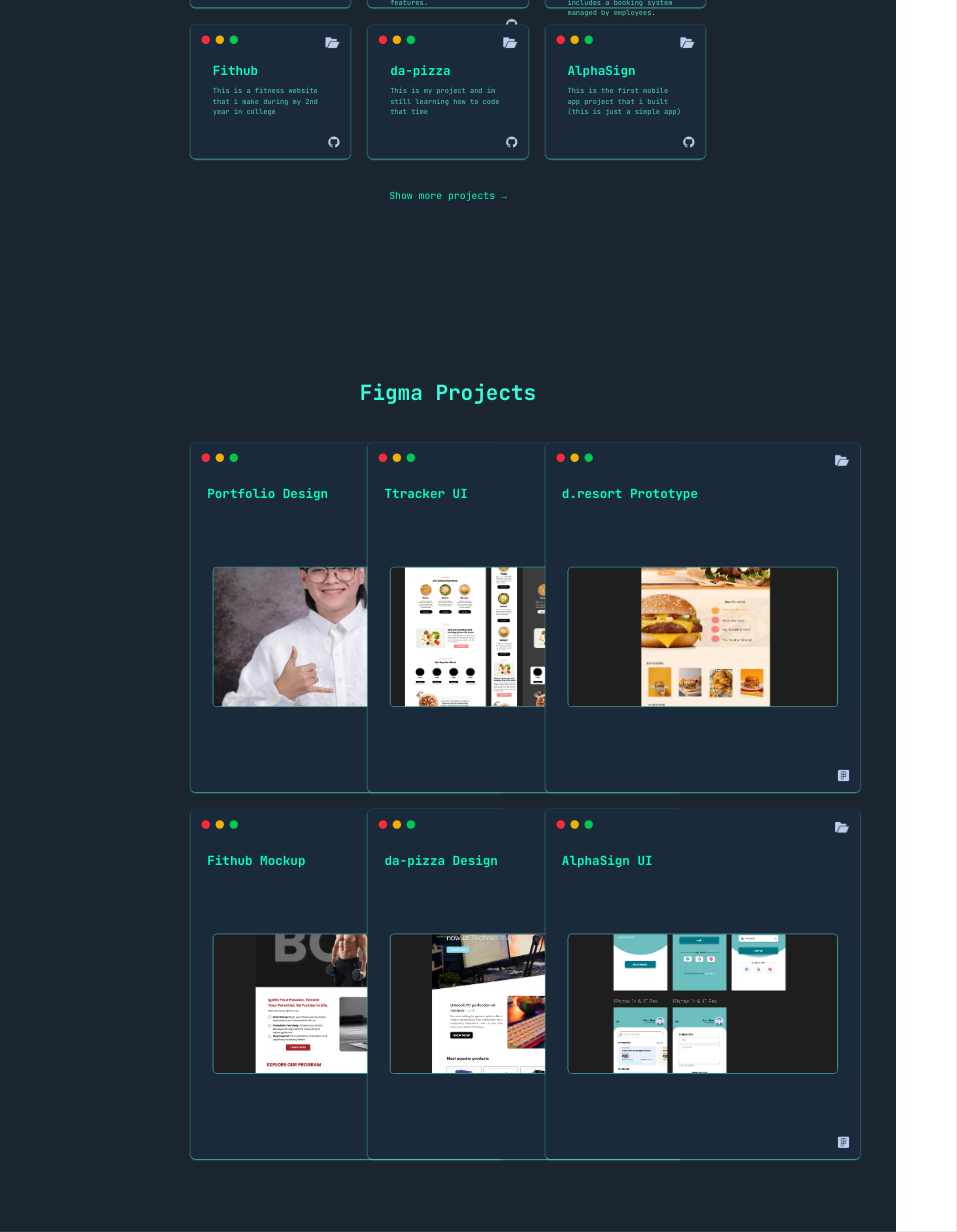
Repository: m4rsu-code/Portfolio
Page: / (app in my-portfolio/)
The author's editor kept a copy of each file at every save. The page is drawn from the files as they stood at one save, then again after the next save.
The browser window is 1280 px wide. The page is 1367 px wide, so the pictures cover 1367 px, including what lies to the right of the window. The pictures show the part of the page from y = 3157 to 4917 px (the page is 4917 px tall), at 70% of full size.
The project was rebuilt for these pictures with package versions that can differ from the ones it lists, and the page was loaded fresh each time. Also part of the build but not shown: my-portfolio/vite.config.js, my-portfolio/src/assets/components/Modal/AchievementModal.jsx, my-portfolio/src/AchievementsPage.jsx, my-portfolio/src/ProjectPage.jsx.

Above is the page before, as saved 2025-08-04 16:46:39.

### my-portfolio/src/main.jsx
import { StrictMode } from "react";
import { createRoot } from "react-dom/client";
import { BrowserRouter as Router, Routes, Route } from "react-router-dom";
import "./assets/CSS/index.css";
import App from "./App.jsx";
import AchievementsPage from "./AchievementsPage.jsx";
import ProjectPage from "./ProjectPage.jsx";

createRoot(document.getElementById("root")).render(
  <StrictMode>
    <Router>
      <Routes>
        <Route path="/" element={<App />} />
        <Route path="/achievements" element={<AchievementsPage />} />
        <Route path="/projects" element={<ProjectPage />} />
      </Routes>
    </Router>
  </StrictMode>
);

### my-portfolio/src/assets/CSS/index.css
@import "tailwindcss";

@layer base {
  .font-jetbrains-mono {
    font-family: 'JetBrains Mono', monospace;
  }
}

### my-portfolio/src/App.jsx
import { useState } from 'react';
import { Link } from 'react-router-dom';
import Navbar from './assets/components/Navbar';
import AchievementModal from './assets/components/Modal/AchievementModal';
import './assets/CSS/animation.css';

function App() {
  const [count, setCount] = useState(0);
  const [isModalOpen, setIsModalOpen] = useState(false);
  const [selectedAchievement, setSelectedAchievement] = useState(null);

  const achievements = [
    {
      id: 1,
      image: '/Images/cert1.png',
      title: 'Digital Solution Showcase',
      description: 'Recognized for developing an innovative digital solution that streamlined project workflows and enhanced user experience across multiple platforms.',
      date: 'November 20, 2024',
    },
    {
      id: 2,
      image: '/Images/cert2.png',
      title: 'CCNA: Switching, Routing, and Wireless Essentials',
      description: 'Earned a student-level credential for completing the CCNA: Switching, Routing, and Wireless Essentials course.',
      date: 'February 12, 2024',
    },
    {
      id: 3,
      image: '/Images/cert3.png',
      title: 'Dean’s Lister',
      description: 'Consistently achieved Dean’s List recognition for outstanding academic performance, maintaining a GPA of 1.750 for the first semester academic year 2023-2024.',
      date: 'November 20, 2024',
    },
    {
      id: 4,
      image: '/Images/cert4.png',
      title: 'Wadhwani Impactful Writing Skills',
      description: 'Completed the Wadhwani Impactful Writing Skills program, enhancing professional communication for workplace effectiveness.',
      date: 'January 31, 2025',
    },
    {
      id: 5,
      image: '/Images/cert5.png',
      title: 'Wadhwani Impactful Writing Skills',
      description: 'Completed the Wadhwani Impactful Writing Skills program, enhancing professional communication for workplace effectiveness.',
      date: 'January 31, 2025',
    },
  ];

  const projects = [
    { id: 1, title: 'Portfolio', description: 'This is my portfolio', link: 'https://your-portfolio.com', githubLink: 'https://github.com/m4rsu-code/Portfolio/tree/main/my-portfolio'},
    { id: 2, title: 'Ttracker', description: 'This is a document tracking system called Ttracker I built during my internship. It handles ordinances, resolutions, and motions, with upload and download features.', githubLink: 'https://github.com/m4rsu-code/Ttracker/tree/main/Tracker' },
    { id: 3, title: 'd.resort', description: 'This is our capstone project — an IoT-based employee management system with a fingerprint scanner for attendance tracking and salary computation. It also includes a booking system managed by employees.', githubLink: 'https://github.com/m4rsu-code/d.resort'},
    { id: 4, title: 'Fithub', description: 'This is a fitness website that i make during my 2nd year in college', githubLink: 'https://github.com/m4rsu-code/FITHUB/tree/main/Fithub'},
    { id: 5, title: 'da-pizza', description: 'This is my project and im still learning how to code that time', githubLink: 'https://github.com/m4rsu-code/da-pizza/tree/main/da-pizza'},
    { id: 6, title: 'AlphaSign', description: 'This is the first mobile app project that i built (this is just a simple app)', githubLink: 'https://github.com/m4rsu-code/AlphaSign'},
    { id: 7, title: 'Hubit-mobile', description: 'Hubit is a simple fitness app we built quickly for our mobile development course, focusing on core features.', githubLink: 'https://github.com/m4rsu-code/HubIT-mobile'},
    { id: 8, title: 'Hubit-web', description: 'This is the web version, designed to complement the app.', githubLink: 'https://github.com/m4rsu-code/HubIT-web/tree/main/Adet_Website-main'},
  ];

  // New Figma Projects array with manually defined images and Figma links
  const figmaProjects = [
    {
      id: 1,
      title: 'Portfolio Design',
      image: '/Images/me.png',
      figmaLink: 'https://www.figma.com/file/your-portfolio-design-link',
    },
    {
      id: 2,
      title: 'Ttracker UI',
      image: '/Images/figma2.png',
      figmaLink: 'https://www.figma.com/file/your-ttracker-ui-link',
    },
    {
      id: 3,
      title: 'd.resort Prototype',
      image: '/Images/figma3.png',
      figmaLink: 'https://www.figma.com/file/your-dresort-prototype-link',
    },
    {
      id: 4,
      title: 'Fithub Mockup',
      image: '/Images/figma4.png',
      figmaLink: 'https://www.figma.com/file/your-fithub-mockup-link',
    },
    {
      id: 5,
      title: 'da-pizza Design',
      image: '/Images/figma5.png',
      figmaLink: 'https://www.figma.com/file/your-dapizza-design-link',
    },
    {
      id: 6,
      title: 'AlphaSign UI',
      image: '/Images/figma6.png',
      figmaLink: 'https://www.figma.com/file/your-alphasign-ui-link',
    },
  ];

  const openModal = (achievement) => {
    setSelectedAchievement(achievement);
    setIsModalOpen(true);
  };

  const closeModal = () => {
    setIsModalOpen(false);
    setSelectedAchievement(null);
  };

  console.log('Rendering App with achievements:', achievements);

  return (
    <div className='min-h-screen bg-[#1A252F]'>
      <Navbar />
      <div className='w-full px-60 py-10'>
        {/* Introduction Section */}
        <container className="flex flex-col items-center justify-center mt-30">
          <div className="flex flex-col md:flex-row items-center justify-center gap-35 px-8 py-16">
            {/* Image with Glowing Effect */}
            <div className="relative">
              <div className="rounded-full border-[2px] border-[#00FFCC] overflow-hidden w-[500px] h-[500px] animate-glow">
                <img
                  src="/Images/me.png"
                  alt="Martian L. Rebote"
                  className="object-cover w-full h-full"
                />
              </div>
            </div>

            {/* Text Content */}
            <div className="text-center md:text-left font-jetbrains-mono">
              <div className='w-full md:w-[750px]'>
                <p className="text-[#FFEA00] text-[18px]">Hi, my name is</p>
                <h1 className="text-[#00FFCC] text-[45px] font-bold mt-2">Martian L. Rebote</h1>
                <p className="text-base text-[30px] font-bold text-[#57CDB9] mt-4">
                  I turn ideas into clean, functional web experiences.
                </p>
                <p className="mt-4 text-[#4CD2BC] leading-relaxed text-[18px]">
                  I’m a frontend developer with a focus on building fast, accessible, and responsive websites that deliver great user experiences.
                </p>
              </div>

              <div className="mt-6 flex flex-col sm:flex-row items-center gap-4">
                <a href="/Martian_Rebote_CV.pdf" className="border border-[#00FFCC] px-5 py-2 rounded-md text-[#00FFCC] hover:bg-[#00FFCC] hover:text-black transition-colors">
                  Download CV
                </a>
                <a href="#portfolio" className="border border-[#FF38E5] px-5 py-2 rounded-md text-[#FF38E5] hover:bg-[#FF38E5] hover:text-black transition-colors">
                  Check out my work!
                </a>
              </div>
            </div>
          </div>
        </container>

        {/* About Me Section */}
        <container id="about" className="flex flex-col mt-30">
          <div className='flex flex-col md:flex-row items-center justify-between gap-10 px-8 py-16'>
            <div className='w-full md:w-[800px] text-left font-jetbrains-mono'>
              <h2 className='text-[#31FFDD] text-[30px] font-bold mb-7'>About Me</h2>
              <div className='w-full md:w-[900px] text-justify px-5'>
                <p className='text-[#4CD2BC] text-[18px] mt-4'>
                  Hi, I’m Martian L. Rebote, a junior frontend developer. I enjoy building and designing websites and mobile apps. I’m not only focused on programming, but I also like working on design, whether it’s for the web or mobile.
                </p>
                <p className='text-[#4CD2BC] text-[18px] mt-4'>
                  I’m flexible and open to learning. I can work as a full-stack developer if needed. During my internship, I became a full-stack developer and learned a lot, which helped me grow and understand more about the programming industry.
                </p>
                <p className='text-[#4CD2BC] text-[18px] mt-4'>
                  Some of the technologies I’ve used recently include:
                </p>

                <div className='flex flex-col sm:flex-row gap-10 mt-4'>
                  <ul className='text-[#4CD2BC] text-[18px] mt-2 list-disc pl-5'>
                    <li>React</li>
                    <li>React-Native</li>
                    <li>HTML</li>
                    <li>CSS</li>
                  </ul>
                  <ul className='text-[#4CD2BC] text-[18px] mt-2 list-disc pl-5'>
                    <li>Tailwind CSS</li>
                    <li>JavaScript</li>
                    <li>Python</li>
                    <li>Laravel</li>
                  </ul>
                </div>
              </div>
            </div>

            <div className="relative image-container w-[380px] h-[450px] group cursor-pointer">
              <div className="absolute left-5 w-full h-full border-3 border-[#00FFCC] rounded-[10px] uneven-box z-0 transition-transform duration-300 ease-in-out"></div>
              <div className="relative z-10 rounded-[10px] overflow-hidden w-full h-full transition-transform duration-300 ease-in-out group-hover:translate-x-[-10px] group-hover:translate-y-[-10px]">
                <img
                  src="/Images/me2.jpg"
                  alt="Martian L. Rebote"
                  className="object-cover w-full h-full"
                />
              </div>
            </div>
          </div>
        </container>

        {/* Achievements Section */}
        <container id="achievements" className="flex flex-col mt-30 px-8 py-16 font-jetbrains-mono">
          <h2 className="text-[#31FFDD] text-[30px] font-bold mb-12">Notable Achievements</h2>

          {/* Cards Grid - Limited to first 2 achievements */}
          <div>
            {/* First Row */}
            <div className="grid md:grid-cols-2 gap-10">
              {/* Left card (code-like box with image) */}
              <div className="bg-[#1B2A3A] rounded-lg p-4 flex flex-col h-96">
                <div className="flex gap-2 mb-4">
                  <div className="w-3 h-3 bg-red-500 rounded-full"></div>
                  <div className="w-3 h-3 bg-yellow-500 rounded-full"></div>
                  <div className="w-3 h-3 bg-green-500 rounded-full"></div>
                </div>
                <div
                  className="border border-[#4CD2BC] rounded-md flex-grow overflow-hidden group cursor-pointer"
                  onClick={() => openModal(achievements[0])}
                >
                  <img
                    src={achievements[0].image}
                    alt="Achievement Image"
                    className="w-full h-full object-cover transition-transform duration-300 ease-in-out group-hover:scale-110"
                  />
                </div>
              </div>

              {/* Right card (trophy + achievement with text) */}
              <div className="flex flex-col h-64">
                <p className="text-[#31FFDD] text-sm mb-2">Featured Achievement</p>
                <h3 className="text-[#31FFDD] text-lg font-bold flex items-center gap-2">
                  🏆 {achievements[0].title}
                </h3>
                <div className="border border-[#4CD2BC] rounded-md flex-grow mt-4 p-4 text-[#4CD2BC] text-sm overflow-auto">
                  {achievements[0].description}
                </div>
                <p className="text-[#4CD2BC] text-sm mt-2">Date: {achievements[0].date}</p>
              </div>
            </div>

            {/* Second Second Row */}
            <div className="grid md:grid-cols-2 gap-10 mt-10">
              {/* Left card (trophy + achievement with text) */}
              <div className="flex flex-col h-64">
                <p className="text-[#31FFDD] text-sm mb-2">Featured Achievement</p>
                <h3 className="text-[#31FFDD] text-lg font-bold flex items-center gap-2">
                  🏆 {achievements[1].title}
                </h3>
                <div className="border border-[#4CD2BC] rounded-md flex-grow mt-4 p-4 text-[#4CD2BC] text-sm overflow-auto">
                  {achievements[1].description}
                </div>
                <p className="text-[#4CD2BC] text-sm mt-2">Date: {achievements[1].date}</p>
              </div>

              {/* Right card (code-like box with image) */}
              <div className="bg-[#1B2A3A] rounded-lg p-4 flex flex-col h-96">
                <div className="flex gap-2 mb-4">
                  <div className="w-3 h-3 bg-red-500 rounded-full"></div>
                  <div className="w-3 h-3 bg-yellow-500 rounded-full"></div>
                  <div className="w-3 h-3 bg-green-500 rounded-full"></div>
                </div>
                <div
                  className="border border-[#4CD2BC] rounded-md flex-grow overflow-hidden group cursor-pointer"
                  onClick={() => openModal(achievements[1])}
                >
                  <img
                    src={achievements[1].image}
                    alt="Achievement Image"
                    className="w-full h-full object-cover transition-transform duration-300 ease-in-out group-hover:scale-110"
                  />
                </div>
              </div>
            </div>
          </div>

          {/* Show more link */}
          <div className="text-center mt-10">
            <Link
                to="/achievements"
                state={{ achievements }}
                className="text-[#31FFDD] text-sm hover:underline"
              >
                Show more achievements →
              </Link>
          </div>
        </container>

        {/* Project Section */}
        <container id='projects' className="flex flex-col mt-30 px-8 py-16 font-jetbrains-mono">
          <h2 className="text-[#31FFDD] text-[30px] text-center font-bold mb-12">Featured Projects</h2>
          <div className="grid grid-cols-1 sm:grid-cols-2 lg:grid-cols-3 gap-6">
            {projects.slice(0, 6).map((project) => (
              <div
                key={project.id}
                className="bg-[#1B2A3A] rounded-lg p-4 flex flex-col h-48 relative group shadow-xs shadow-[#4CD2BC] cursor-pointer transform transition-transform duration-300 ease-in-out hover:-translate-y-2"
              >
                <div className="flex gap-2">
                  <div className="w-3 h-3 bg-red-500 rounded-full"></div>
                  <div className="w-3 h-3 bg-yellow-500 rounded-full"></div>
                  <div className="w-3 h-3 bg-green-500 rounded-full"></div>
                  <div className="justify-end ml-auto">
                    <img src="/Images/open-folder.png" alt="Folder Icon" className="w-5 h-5" />
                  </div>
                </div>
                <div className="text-left rounded-md flex-grow p-4">
                  <h3 className="text-[#00FFCC] text-[18px] font-bold mb-2">{project.title}</h3>
                  <p className="text-[#4CD2BC] text-[10px]">{project.description}</p>
                </div>
                <div className="flex justify-end gap-2">
                  {project.githubLink ? (
                    <a href={project.githubLink} target="_blank" rel="noopener noreferrer" aria-label={`View ${project.title} on GitHub`}>
                      <img
                        src="/Images/github.png"
                        alt="GitHub Icon"
                        className="w-4 h-4 hover:in DAGGERvert hover:brightness-0 hover:sepia hover:saturate-[100%]"
                      />
                    </a>
                  ) : (
                    <img
                      src="/Images/github.png"
                      alt="GitHub Icon"
                      className="w-4 h-4 hover:invert hover:brightness-0 hover:sepia hover:saturate-[100%]"
                    />
                  )}
                  {project.title === 'Portfolio' && project.link && (
                    <a href={project.link} target="_blank" rel="noopener noreferrer" aria-label="View Portfolio Website">
                      <img
                        src="/Images/link.png"
                        alt="Link Icon"
                        className="w-4 h-4 hover:invert hover:brightness-0 hover:sepia hover:saturate-[100%]"
                      />
                    </a>
                  )}
                </div>
              </div>
            ))}
          </div>

          {projects.length > 6 && (
            <div className="text-center mt-10">
              <Link
                to="/projects"
                state={{ projects }}
                className="text-[#00FFCC] text-sm hover:underline"
              >
                Show more projects →
              </Link>
            </div>
          )}
        </container>

        {/* Figma Projects Section */}
        <container className="flex flex-col mt-30 px-8 py-16 font-jetbrains-mono">
          <h2 className="text-[#31FFDD] text-[30px] text-center font-bold mb-12">Figma Projects</h2>
          <div className="grid grid-cols-1 sm:grid-cols-2 lg:grid-cols-3 gap-6">
            {figmaProjects.map((project) => (
              <div
                key={project.id}
                className="bg-[#1B2A3A] rounded-lg p-4 flex flex-col w-[450px] h-[500px] relative group shadow-xs shadow-[#4CD2BC] cursor-pointer transform transition-transform duration-300 ease-in-out hover:-translate-y-2"
              >
                {/* Header with window controls and folder icon */}
                <div className="flex gap-2 mb-4">
                  <div className="w-3 h-3 bg-red-500 rounded-full"></div>
                  <div className="w-3 h-3 bg-yellow-500 rounded-full"></div>
                  <div className="w-3 h-3 bg-green-500 rounded-full"></div>
                  <div className="justify-end ml-auto">
                    <img src="/Images/open-folder.png" alt="Folder Icon" className="w-5 h-5" />
                  </div>
                </div>

                {/* Project Title */}
                <div className="flex items-start justify-start p-2">
                  <h3 className="text-[#00FFCC] text-[18px] font-bold">{project.title}</h3>
                </div>

                {/* Image with Border and No Overlap */}
                <div className="flex-grow flex items-center justify-center p-2">
                  <div className="flex-grow flex items-center justify-center p-2">
                    <div className="border border-[#4CD2BC] rounded-md w-full h-full max-h-[200px] overflow-hidden flex items-center justify-center">
                      <img
                        src={project.image}
                        alt={`${project.title} Image`}
                        className="max-h-full max-w-full object-contain"
                        onError={(e) => (e.target.src = '/Images/fallback.png')}
                        loading="lazy"
                      />
                    </div>
                  </div>
                </div>

                {/* Figma Link */}
                <div className="flex justify-end gap-2 mt-2">
                  {project.figmaLink && (
                    <a
                      href={project.figmaLink}
                      target="_blank"
                      rel="noopener noreferrer"
                      aria-label={`View ${project.title} on Figma`}
                    >
                      <img
                        src="/Images/figma.png"
                        alt="Figma Icon"
                        className="w-4 h-4 hover:invert hover:brightness-0 hover:sepia hover:saturate-[100%]"
                      />
                    </a>
                  )}
                </div>
              </div>
            ))}
          </div>
          {figmaProjects.length > 6 && (
            <div className="text-center mt-10">
              <Link
                to="/figma-projects"
                state={{ figmaProjects }}
                className="text-[#00FFCC] text-sm hover:underline"
              >
                Show more Figma projects →
              </Link>
            </div>
          )}
        </container>

        {/* Modal */}
        {isModalOpen && selectedAchievement && (
          <AchievementModal
            image={selectedAchievement.image}
            title={selectedAchievement.title}
            description={selectedAchievement.description}
            date={selectedAchievement.date}
            onClose={closeModal}
          />
        )}
      </div>
    </div>
  );
}

export default App;

### my-portfolio/src/assets/CSS/Navbar.css
.nav-link {
  position: relative;
  text-decoration: none;
}

.nav-link::after {
  content: '';
  position: absolute;
  width: 100%;
  height: 2px;
  bottom: -2px;
  left: 0;
  background-color: #31FFDD;
  transform: scaleX(0);
  transform-origin: bottom right;
  transition: transform 0.3s ease-in-out;
}

.nav-link:hover::after {
  transform: scaleX(1);
  transform-origin: bottom left;
}

Loaded but not shown: my-portfolio/index.html (common file); my-portfolio/src/assets/components/Navbar.jsx (20 lines, source omitted); my-portfolio/src/assets/CSS/animation.css (37 lines, source omitted)

After the next save:
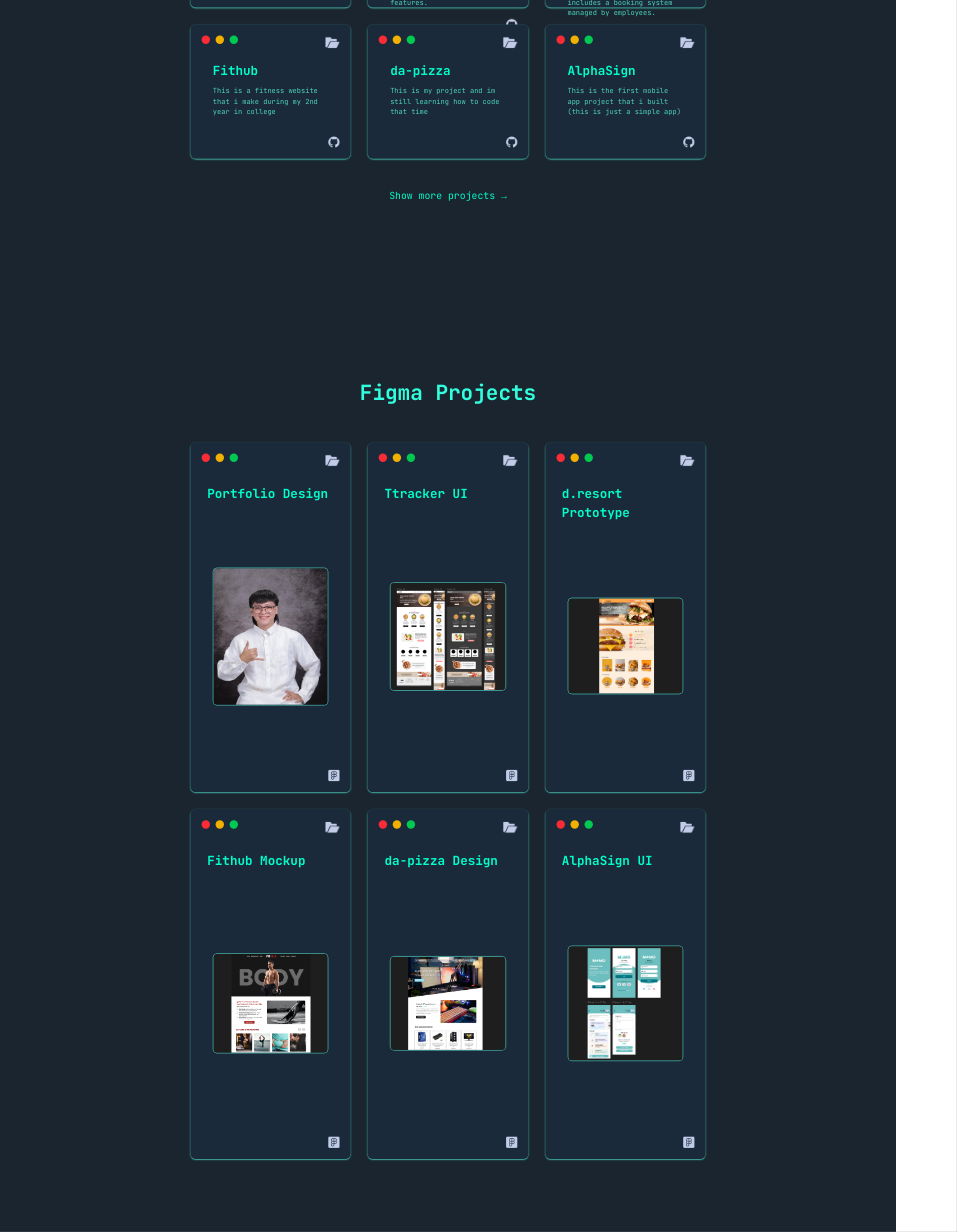
Saved 4 s later.
--- a/my-portfolio/src/App.jsx
+++ b/my-portfolio/src/App.jsx
@@ -357,7 +357,7 @@ function App() {
             {figmaProjects.map((project) => (
               <div
                 key={project.id}
-                className="bg-[#1B2A3A] rounded-lg p-4 flex flex-col w-[450px] h-[500px] relative group shadow-xs shadow-[#4CD2BC] cursor-pointer transform transition-transform duration-300 ease-in-out hover:-translate-y-2"
+                className="bg-[#1B2A3A] rounded-lg p-4 flex flex-col h-[500px] relative group shadow-xs shadow-[#4CD2BC] cursor-pointer transform transition-transform duration-300 ease-in-out hover:-translate-y-2"
               >
                 {/* Header with window controls and folder icon */}
                 <div className="flex gap-2 mb-4">
